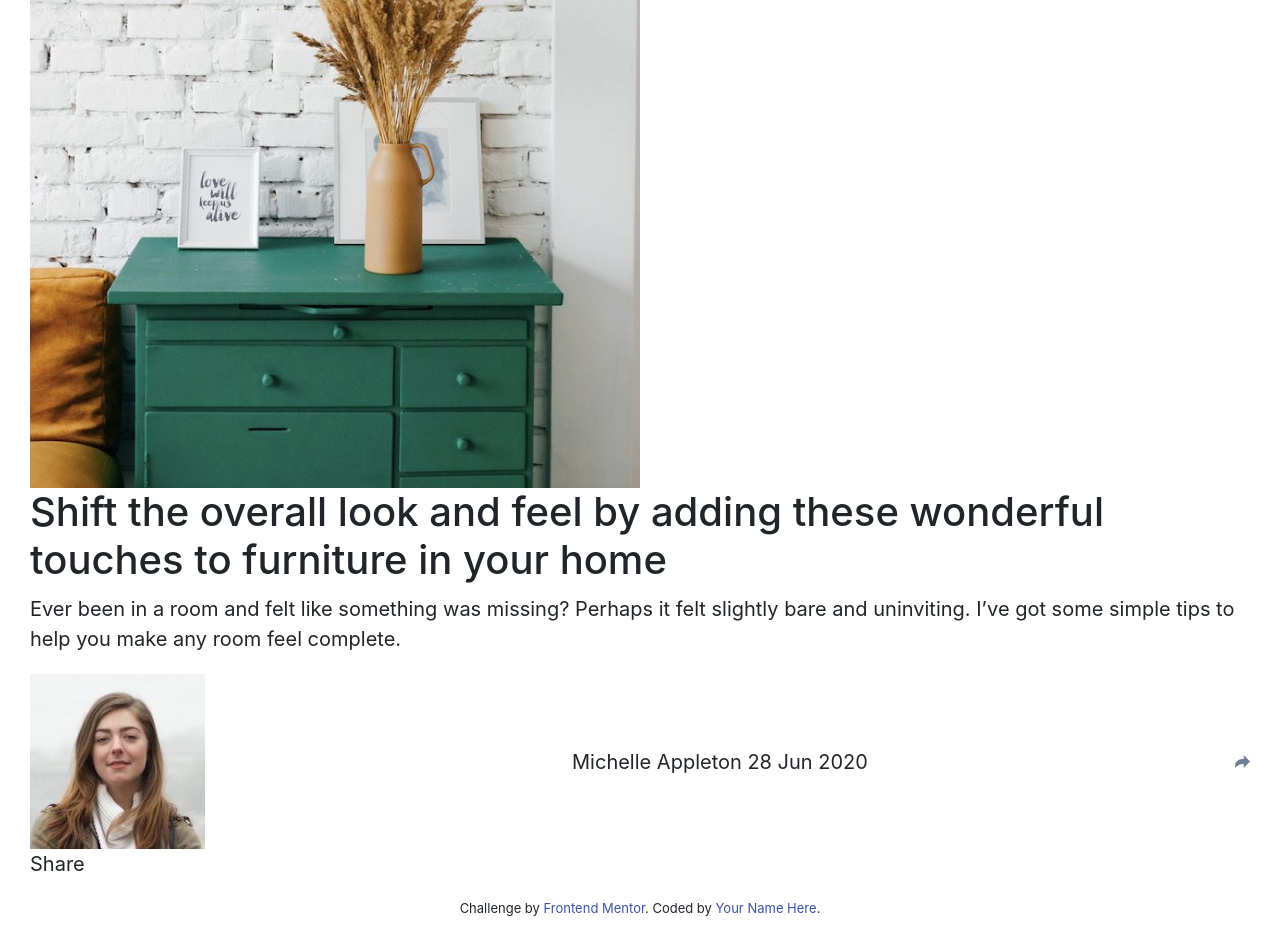
Repository: timiodulate/Article-Preview-Component
Page: index.html
An editor plug-in stored every save of this project. The page is shown before and after the next save, followed by the edit.
The browser window is 1280 px wide. The pictures show the whole page.

Above is the page before, as saved 2020-07-11 11:18:15.

After the next save:
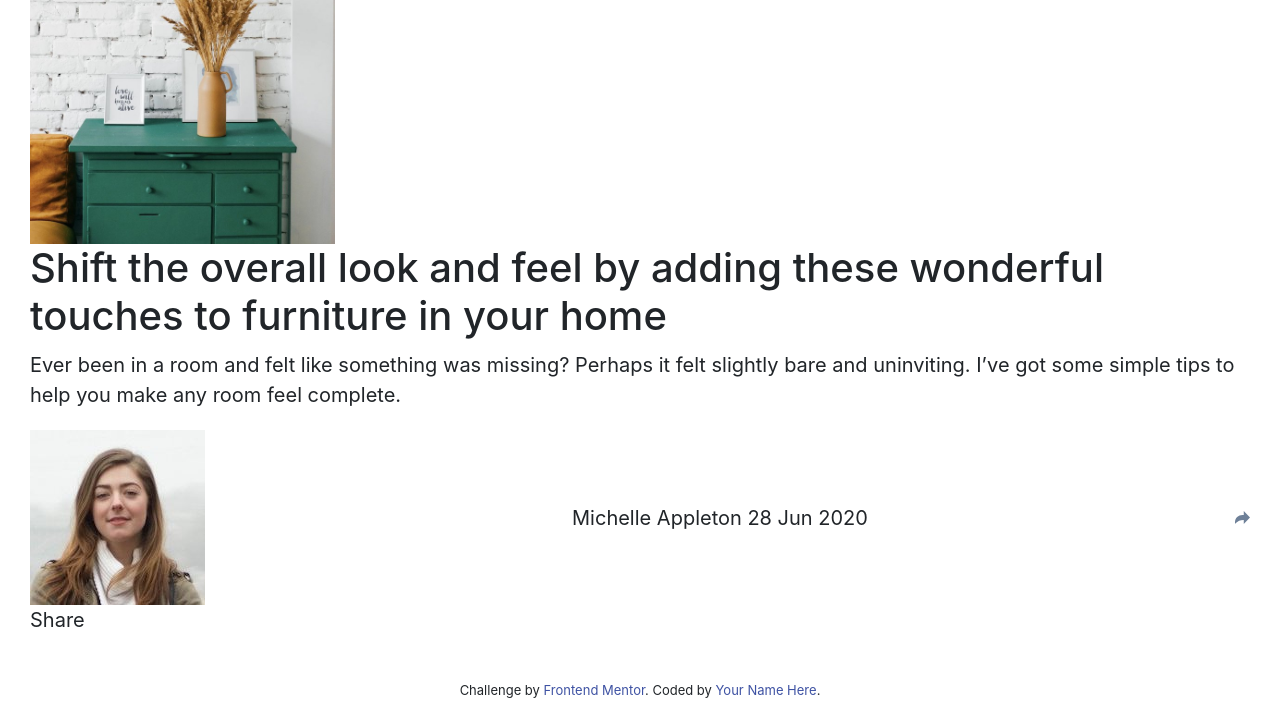
Saved 13 s later.
--- a/index.html
+++ b/index.html
@@ -18,7 +18,7 @@
   <div class="container col d-flex flex-column justify-content-between">
     <div class="cardContainer col d-flex-column align-items-center">
 
-      <div class="imageContainer w50">
+      <div class="imageContainer w-50">
 
         <img src="./images/drawers.jpg" alt="" class="w-50">
       </div>
